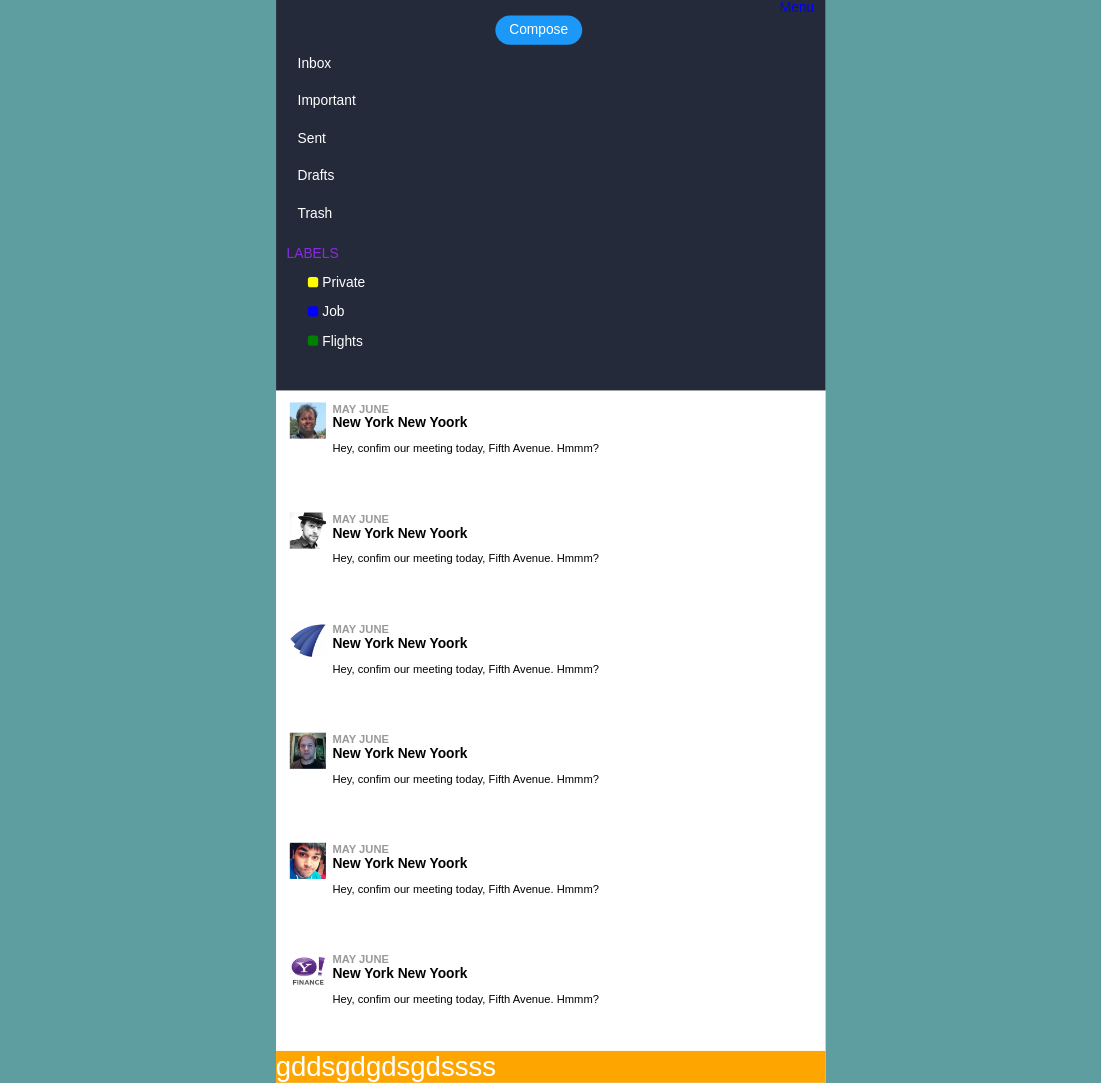
Repository: Gumiin/studia
Page: lesson4/index.html
These files come from the project's save history. The page is drawn as it stood at one moment and after the next save; the edit follows.
The browser window is 1280 px wide. The pictures show the whole page, at 86% of full size.

Above is the page before, as saved 2021-04-22 20:45:35.

### lesson4/index.html
<!DOCTYPE html>
<html lang="en">
<head>
    <meta charset="UTF-8">
    <meta http-equiv="X-UA-Compatible" content="IE=edge">
    <meta name="viewport" content="width=device-width, initial-scale=1.0">
    <title>Mail mobile part</title>
    <link rel="stylesheet" href="style.css">
</head>
<body>
    <main>
    <navigation id="menus">
        <p style="border: 0px;margin: 0px; color: blue;margin-right: 2%;text-align: right;">Menu</p>
        <a href=""><div id="compose">Compose</div></a>
        <nav>
            <a href=""><div class="menu">Inbox</div></a>
            <a href=""><div class="menu">Important</div></a>
            <a href=""><div class="menu">Sent</div></a>
            <a href=""><div class="menu">Drafts</div></a>
            <a href=""><div class="menu">Trash</div></a>
        </nav>
        <div id="labels">
            <p style="color: blueviolet;">LABELS</p>
            <p>
                <div class="label"style="background-color: yellow;"></div>
            Private
            </p>
            <p>
                <div class="label" style="background-color: blue;"></div>
            Job
            </p>
            <p>
                <div class="label" style="background-color: green;"></div>
            Flights
            </p>
        </div>
    </navigation>
    <div id="mails">
        <div class="mail">
            <div class="avatar">
                <img src="/lesson4/webmail/avatary/p1.png" alt="Avatar"/>
            </div>
            <div class="text">
                <p class="sender">may june</p>
                <p class="title">New York New Yoork</p>
                <p class="messenge">Hey, confim our meeting today, Fifth Avenue. Hmmm? </p>
            </div>
        </div>
        <div class="mail">
            <div class="avatar">
                <img src="/lesson4/webmail/avatary/p2.png" alt="Avatar"/>
            </div>
            <div class="text">
                <p class="sender">may june</p>
                <p class="title">New York New Yoork</p>
                <p class="messenge">Hey, confim our meeting today, Fifth Avenue. Hmmm? </p>
            </div>
        </div><div class="mail">
            <div class="avatar">
                <img src="/lesson4/webmail/avatary/p3.png" alt="Avatar"/>
            </div>
            <div class="text">
                <p class="sender">may june</p>
                <p class="title">New York New Yoork</p>
                <p class="messenge">Hey, confim our meeting today, Fifth Avenue. Hmmm? </p>
            </div>
        </div><div class="mail">
            <div class="avatar">
                <img src="/lesson4/webmail/avatary/p4.png" alt="Avatar"/>
            </div>
            <div class="text">
                <p class="sender">may june</p>
                <p class="title">New York New Yoork</p>
                <p class="messenge">Hey, confim our meeting today, Fifth Avenue. Hmmm? </p>
            </div>
        </div><div class="mail">
            <div class="avatar">
                <img src="/lesson4/webmail/avatary/p5.png" alt="Avatar"/>
            </div>
            <div class="text">
                <p class="sender">may june</p>
                <p class="title">New York New Yoork</p>
                <p class="messenge">Hey, confim our meeting today, Fifth Avenue. Hmmm? </p>
            </div>
        </div><div class="mail">
            <div class="avatar">
                <img src="/lesson4/webmail/avatary/p6.png" alt="Avatar"/>
            </div>
            <div class="">
                <p class="sender">may june</p>
                <p class="title">New York New Yoork</p>
                <p class="messenge">Hey, confim our meeting today, Fifth Avenue. Hmmm? </p>
            </div>
        </div>
    </div>
    <content id="messenge">
        gddsgdgdsgdssss
    </content>
</main>
</body>
</html>

### lesson4/style.css
body{
    margin: 0px;
    border: 0px;
    max-width: 639px;
    height:100%;
    margin:auto;
    font-family: Arial, sans-serif;
    color: white;
    background-color: cadetblue;
}
main{
    margin: 0 auto;
    background:#fff;
    display: grid;
    grid-template-areas:
        "navigation"
        "mails"
        "content";
}
#menus{
    background-color: #252a3a;
    font-size: 16px;
    grid-template-areas:navigation;
}
#menus a{
    text-decoration: none;
    color: white;
}

#compose{
    background-color: #1B98F8;
    border: none;
    color: white;
    padding: 20px;
    text-align: center;
    text-decoration: none;
    display: inline-block;
    font-size: 16px;
    padding: 8px 16px;
    margin-left: 40%;
    border-radius: 20px;
}
.menu{
    margin-left: 2%;
    margin-right: 2%;
    padding: 2%;
}
.menu:hover{
    background-color: orchid;
}
#labels{
    margin-left: 2%;
    padding-bottom: 5%;
}
.label{
    border: none;
    display: inline-block;
    padding: 6px 6px;
    border-radius: 3px;
    margin-left:4%;
}
#mails{
    display: grid;
    grid-template-areas:mails;
    grid-template-rows: auto;
    color: black;
}
.mail{
    padding: 14px 16px;
    height: 100px;
}
img{
    max-height: 42px;
}
.avatar{
    max-width: 60px;
    height: 100%;
    margin-right: 8px;
    float:left;
}
.text{
    float:left;
}
.sender{
    color:#999;
    text-transform: uppercase;
    font-weight: bold;
    font-size:  13px;
    border:0px;
    margin:0px;
}
.title{
    font-weight: bold;
    font-size:  16px;
    border:0px;
    margin:0px;
}
.messenge{
    font-size:  13px;
    text-transform: none;
    margin: 7px o;
    border:0px;
}
content{
    grid-template-areas:content;
    background:orange;
    height: auto;
    width: 100%;
    font-size: 32px;
}
@media screen and (min-width: 576px) {

}
@media screen and (min-width: 768px) {

}
@media screen and (min-width: 992px) {

}
@media screen and (min-width: 1200px) {

}
@media screen and (min-width: 1400px) {

}

After the next save:
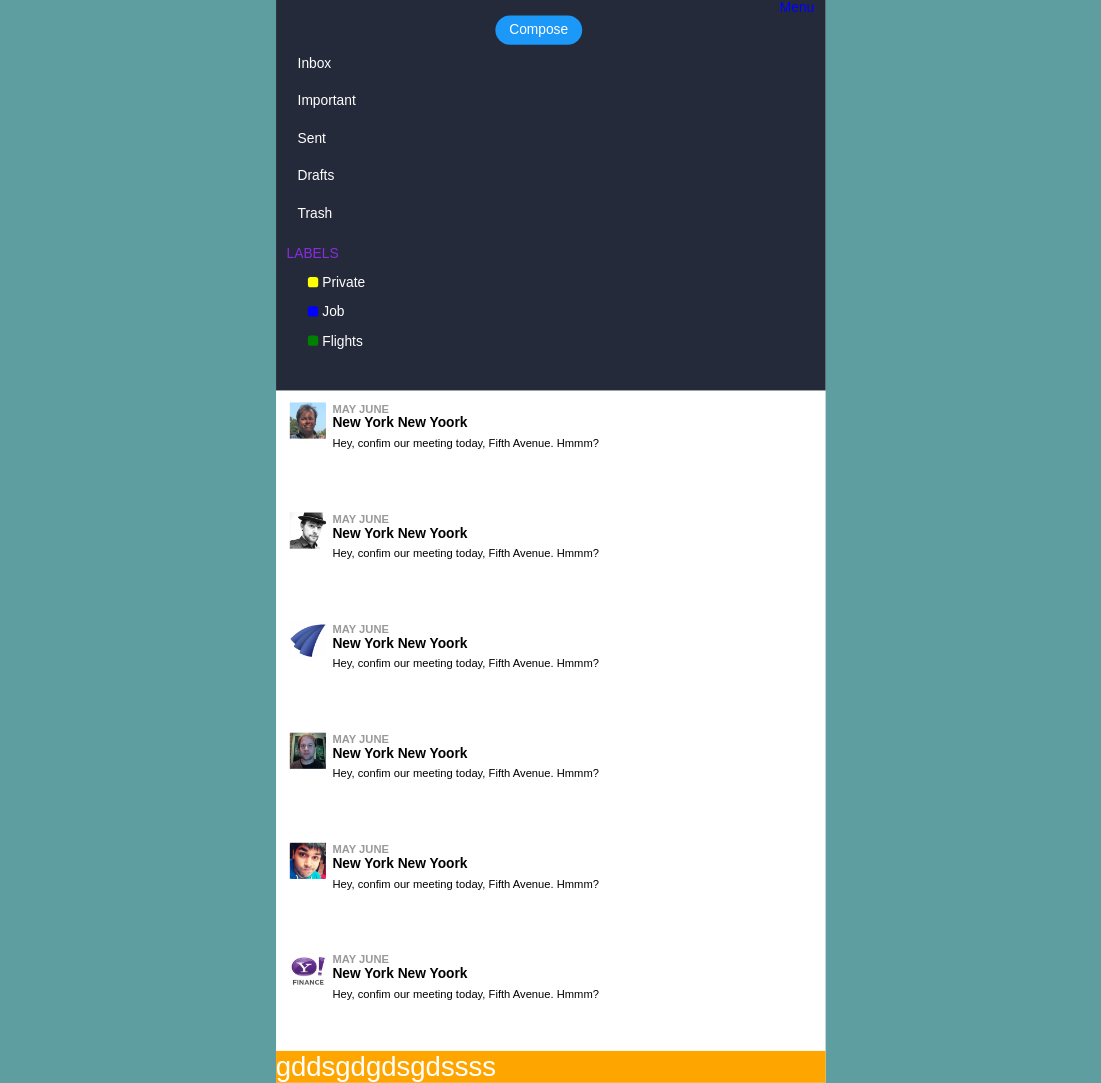
Saved 14 s later.
--- a/lesson4/style.css
+++ b/lesson4/style.css
@@ -98,7 +98,7 @@ img{
 .messenge{
     font-size:  13px;
     text-transform: none;
-    margin: 7px o;
+    margin: 7px 0;
     border:0px;
 }
 content{
